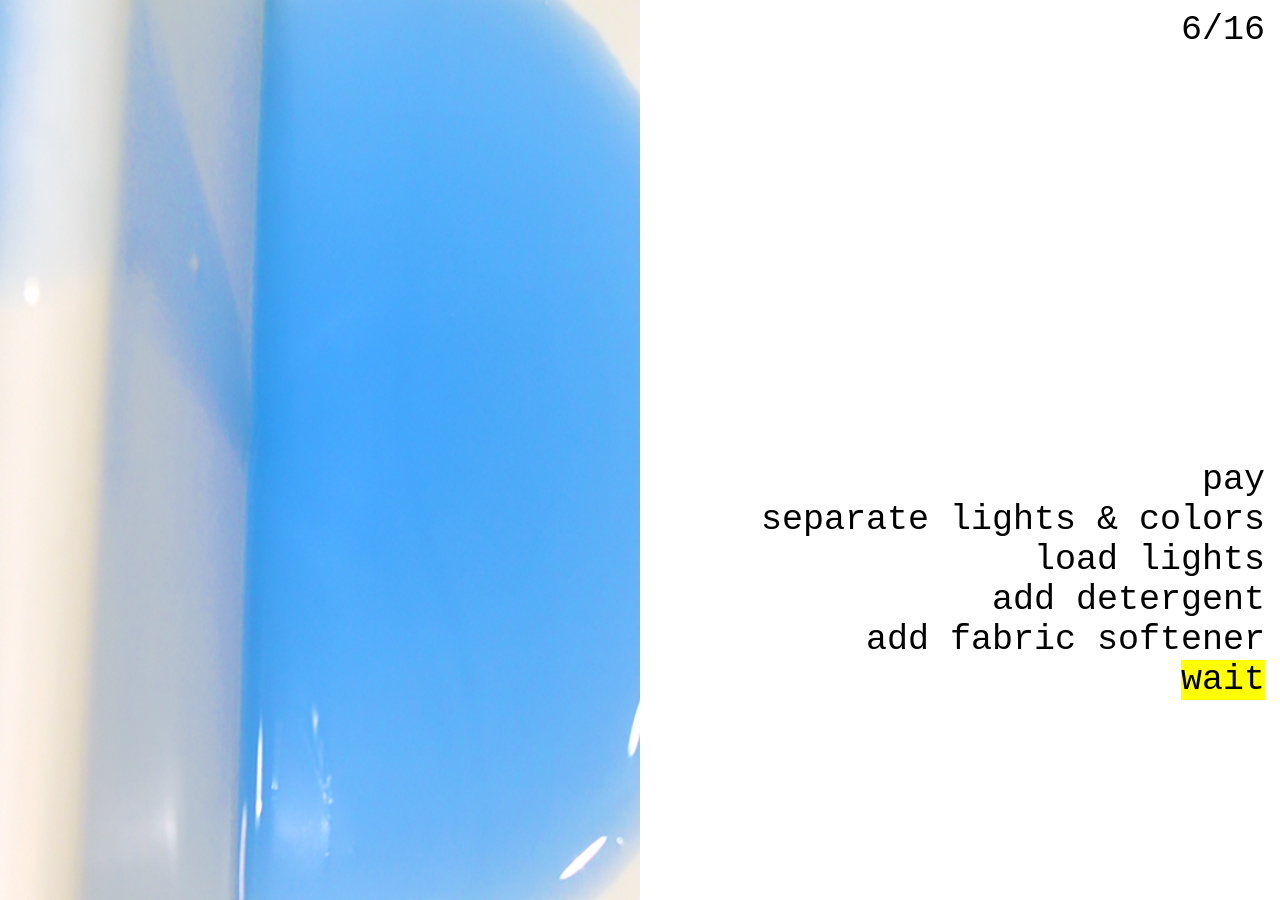
Repository: ortik455/ortik455.github.io
Page: studio/laundrysite/six.html
The author's editor kept a record of every edit. The page is drawn from the files as they stood at one moment, then again after the next edit.
The browser window is 1280 px wide. The pictures show the whole page.

Above is the page before.

### studio/laundrysite/six.html
<!DOCTYPE html>
<html>
	<head>
	    <link href='http://fonts.googleapis.com/css?family=Inconsolata' rel='stylesheet' type='text/css'>
		<link rel="icon" href="../../studio/favicon.png" sizes="16x16 32x32" type="image/png">
		<link href="laundry.css" rel="stylesheet" type="text/css">
		<title>6/16</title>
	</head>

	<body>

	  <div class="photos">
	  	<a href="seven.html"><img src="photos/softener.png"  alt=""></a>
	  </div>

	  <div class="text">
		<div class="number">
	  		6/16
	  	</div>
		<div class="steps">
		  	pay
		  	<br>
		  	separate lights &amp; colors
		  	<br>
		  	load lights
		  	<br>
		  	add detergent
		  	<br>
		  	add fabric softener
		  	<br>
		  	<mark>wait</mark>
		</div>
	  </div>

	</body>
</html>

### studio/laundrysite/laundry.css
*, *:before, *:after {
    -webkit-box-sizing: border-box;
       -moz-box-sizing: border-box;
            box-sizing: border-box;

}
.timerbox {
    background: #000000;
    float: left;
    width: 50%;
    height: 900px;
}
.timer {
    position: absolute;
    background: #000000;
    color: #ffffff;
    top: 50%;
    left: 275px;
    font-size: 60px;
}
.timer2 {
    position: absolute;
    background: #000000;
    color: #ffffff;
    top: 50%;
    left: 275px;
    font-size: 60px;
}

body{
	background: #FFFFFF;
	font-size: 0px;
	margin: 0;
	font-family: Courier New, sans-serif;
	height: 100%;
}
.start{
    background-color: #000000;
    font-size: 50px;
    letter-spacing: 6px;
    position: absolute;
    bottom: 50%;
    margin-left: 20px;
}
.mark {
    background-color: #000000;
    color: #FFFFFF;
}
.text {
	font-size: 35px;
    width: 50%;
    height: 715px;
    float: left;
}
.photos {
    width: 50%;
    height: 100%;
    float: left;
    overflow: hidden;
}
.number {
   font-size: 35px;
   position: fixed;
   top: 0px;
   right: 0px;
   padding: 10px 15px 20px 5px;
}
.steps {
   font-size: 35px;
   text-align: right;
   position: fixed;
   bottom: 0px;
   right: 0px;
   padding: 10px 15px 20px 5px;

}
a:link {
    text-decoration:none;
    color: #000000;
    }
a:visited {
    color: #000000;
}
.photos:hover img {
    transform: scale(1.1);
}
.photos img {
    transition: transform 2s ease;
}

After the next edit:
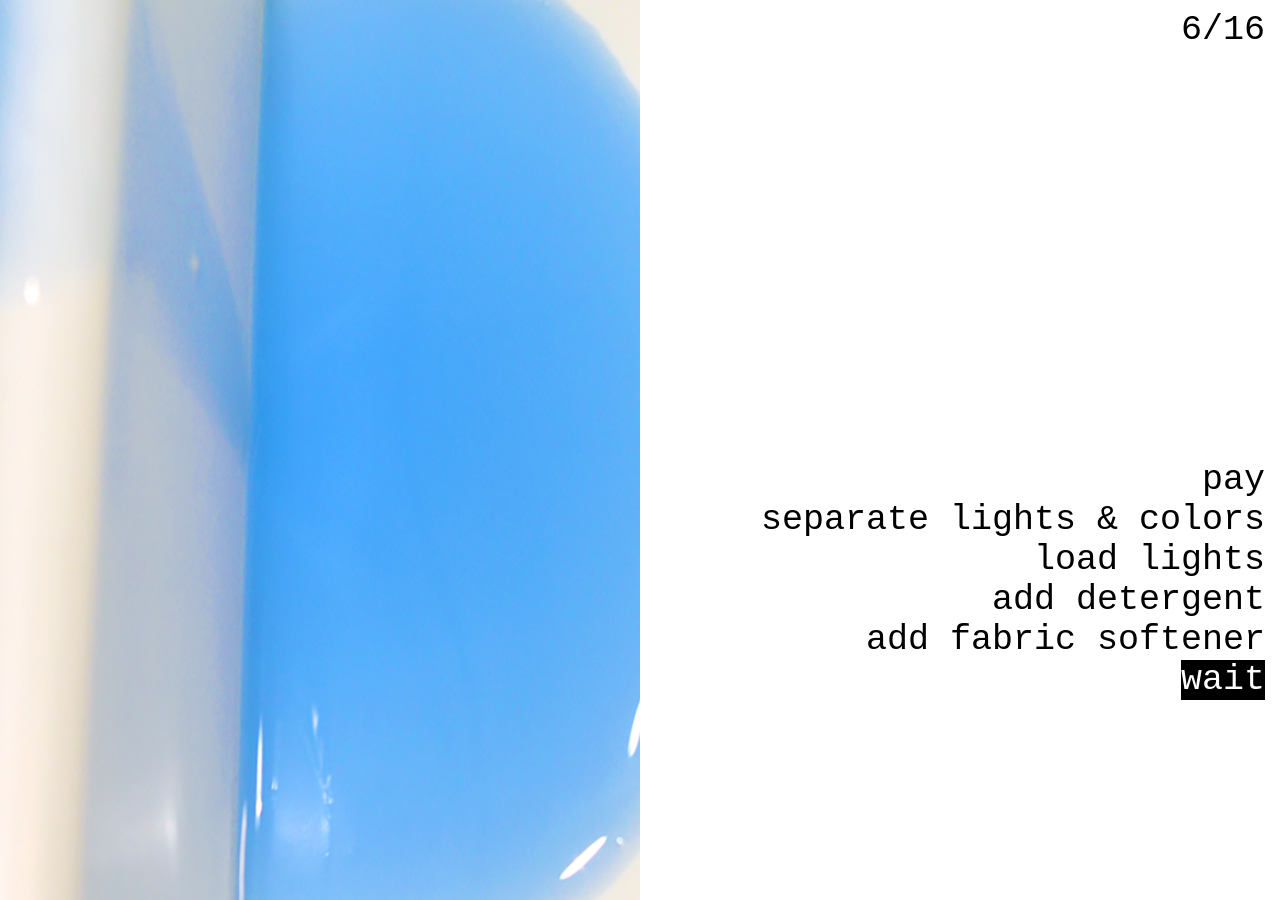
The edit:
--- a/studio/laundrysite/six.html
+++ b/studio/laundrysite/six.html
@@ -28,7 +28,7 @@
 		  	<br>
 		  	add fabric softener
 		  	<br>
-		  	<mark>wait</mark>
+		  	<span class="mark">wait</span>
 		</div>
 	  </div>
 
